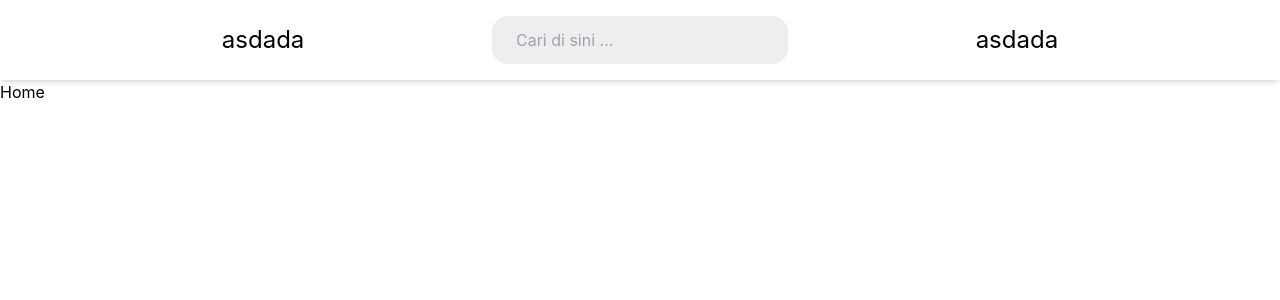
Repository: farrelmuhammad/real-estate-react
Page: /
These files come from the project's save history. The page is drawn as it stood at one moment and after the next save; the edit follows.
The browser window is 1280 px wide. The pictures show the whole page.
The project was rebuilt for these pictures with package versions that can differ from the ones it lists, and the page was loaded fresh each time. Also part of the build but not shown: src/App.css.

Above is the page before, as saved 2023-02-06 18:36:02.

After the next save:
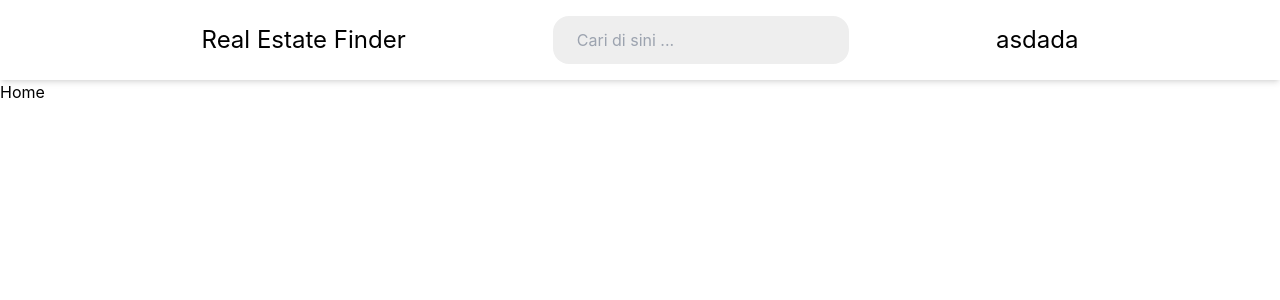
Saved 49 s later.
--- a/src/components/Navbar.jsx
+++ b/src/components/Navbar.jsx
@@ -11,7 +11,7 @@ const Navbar = () => {
                     <div className="w-8 lg:w-auto lg:flex-grow-0">
                         <div className="lg:flex gap-4 items-center text-2xl hidden">
                             {/* <FiList /> */}
-                            asdada
+                            <h1>Real Estate Finder</h1>
                         </div>
                     </div>
                     <div className="hidden lg:flex gap-5 items-center lg:flex-grow-0">
